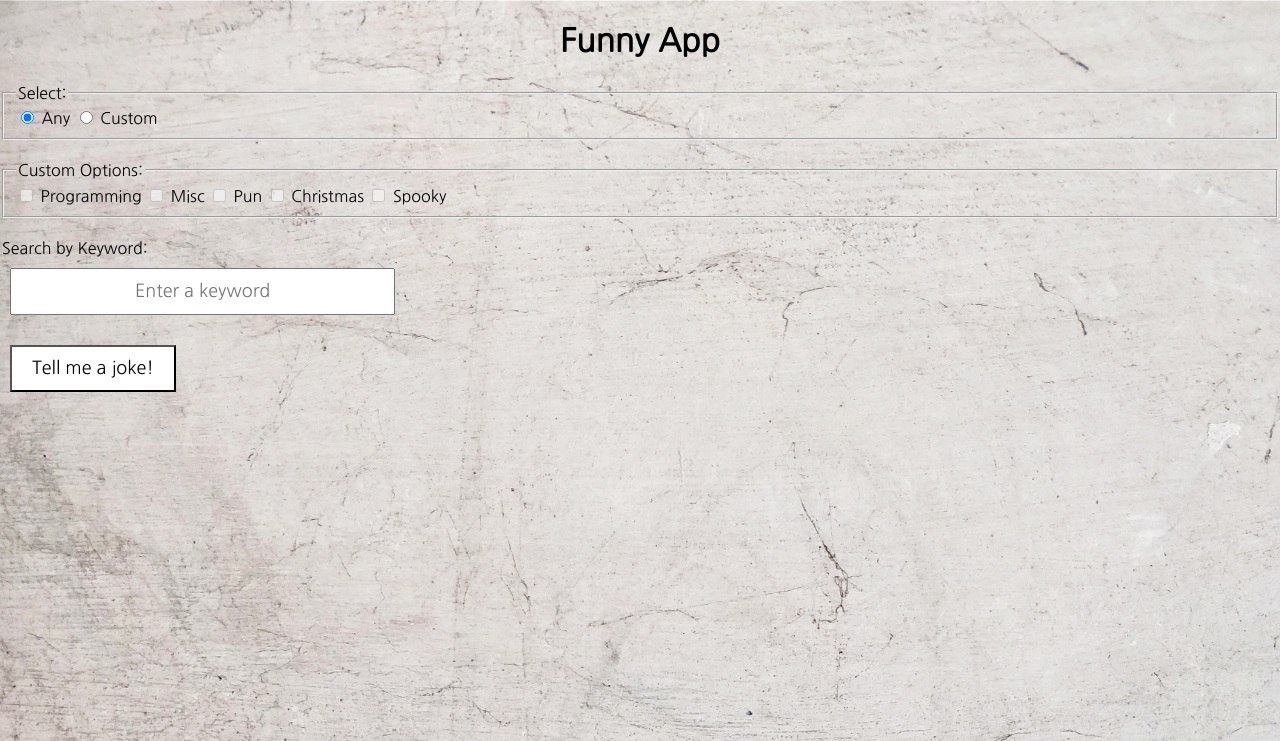
Repository: kaitlynMidori/dadJokeApi
Page: index.html
An editor plug-in stored every save of this project. The page is shown before and after the next save, followed by the edit.
The browser window is 1280 px wide. The pictures show the whole page.
Some web libraries are served in a nearby version.

Above is the page before, as saved 2021-01-08 12:12:10.

### index.html
<!DOCTYPE html>
<html lang="en">
<head>
    <meta charset="UTF-8">
    <meta name="viewport" content="width=device-width, initial-scale=1.0">
    <title>Joke App</title>
    <link href="style.css" rel="stylesheet" type="text/css" />
    <link rel="preconnect" href="https://fonts.gstatic.com">
    <link href="https://fonts.googleapis.com/css2?family=Nanum+Gothic&display=swap" rel="stylesheet">

</head>
<body>
    <div id="container">
        <header>
            <h1>Funny App</h1>
        </header>

        <fieldset>
            <legend>Select:</legend>
                <div id="form-check">
                    <input type="radio"  id="any" name="type" value="Any" checked>
                    <label for="any">Any</label>

                    <input type="radio"  id="custom" name="type" value="Custom">
                    <label for="custom">Custom</label>
                </div>
        </fieldset>

        <br>

        <fieldset id="options" disabled>
            <legend>Custom Options:</legend>
                <div id="form-check form-check-inline">
                    <input type="checkbox" id="coding" name="category" value="Programming">
                    <label for="coding">Programming</label>

                    <input type="checkbox" id="misc" name="category" value="Miscellaneous">
                    <label for="misc">Misc</label>

                    <input type="checkbox" id="pun" name="category" value="Pun">
                    <label for="pun">Pun</label>

                    <input type="checkbox" id="chris" name="category" value="Christmas">
                    <label for="chris">Christmas</label>

                    <!-- <input type="checkbox" id="dark" name="category" value="dark">
                    <label for="dark">Dark</label> -->

                    <input type="checkbox" id="spooky" name="category" value="spooky">
                    <label for="spooky">Spooky</label>
                </div>
        </fieldset>

        <br>

            <form>
                <legend>Search by Keyword:</legend>
                <input type="form-control" placeholder="Enter a keyword" id="keyword">
            </form>

            <br>

            <button type="submit" id="submit button">Tell me a joke!</button>
            <div id="result"></div>
    </div>

    <script src="https://code.jquery.com/jquery-3.2.1.min.js"
          integrity="sha256-hwg4gsxgFZhOsEEamdOYGBf13FyQuiTwlAQgxVSNgt4="
          crossorigin="anonymous"></script>
    <script src="app.js"></script>
</body>
</html>

### style.css
body{
    margin: 0;
    background: cover;
    background-size: cover;
    background-repeat: no-repeat;
    background-image: url("screenshots/white-teal backdrop.jpg");
    /* background-image: linear-gradient(120deg, #a1c4fd 0%, #c2e9fb 100%); */
    min-height: 100vh;
}

* {
    font-family: 'Nanum Gothic', sans-serif;
    color: black;
}

header {
    width: 100%;
    margin-top: 5px;
    justify-content: center;
}

h1 {
    text-align: center;
}

button{
    background-color: white;
    margin-top: 10px;
    margin-left: 10px;
    height: auto;
    font-size: 18px;
    font-weight: 500;
    text-align: center;
    color: black;
    cursor: pointer;
    margin-bottom: 0;
    /* border-radius: 3px; */
    padding: 10px 20px;
}

#keyword {
    margin-top: 10px;
    margin-left: 10px;
    height: auto;
    font-size: 18px;
    font-weight: 500;
    text-align: center;
    color: black;
    cursor: pointer;
    margin-bottom: 0;
    /* border-radius: 3px; */
    padding: 10px 20px;
}

.options{
    background-color: white;
}

### app.js
//declare 'option', 'custom', 'any' element id's
let option = document.getElementById("options");
let custom = document.getElementById("custom");
let any = document.getElementById("any");

//add event listener on click
//if 'any' option checked
//disable options
any.addEventListener("click", (e)=>{
    if(e.target.checked){
        option.disabled = true;
    }
});

//add event listener on click
//if 'custom' option checked
//enable options
custom.addEventListener("click", (e)=>{
    if(e.target.checked){
        option.disabled = false;
    }
});

//declare asyncrynous getJoke
const getJoke = async () => {
    //declare result  = HTML div 'result' element id
    let result = document.getElementById('result');
    //replace result element with empty string
    result.innerHTML = "";
    //declare checkboxes= filter category checkboxes for checked
    let checkboxes = [...document.getElementsByName('category')].filter((checkbox)=>checkbox.checked);
    //declare category as empty string
    let category = "";
    //if 'any' type is checked
    if(any.checked){
        //category = 'any'
        category = "Any";
    }
    //if 'custom' type is checked
    if(custom.checked){
        //category = map to join checked category values
        category = checkboxes.map((c)=>c.value).join();
    }
    //console.log user selected joke category
    console.log(category);
    //declare url = dynamically generate url inserting user selected category
    let url = `https://v2.jokeapi.dev/joke/${category}`;
    // declare keyword = HTML form div 'keyword' element id
    let keyword = document.getElementById("keyword").value;
    //if keyword does not equal empty; dynamically generate url with user keyword input
    if(keyword != ""){
        url = `https://v2.jokeapi.dev/joke/${category}?contains=${keyword}`;
    }
    console.log(url);
    const response = await fetch(url);
    const data = await response.json();
    console.log(data);

    //if JSON data response = API doc response 'single'
    if(data.type == "single"){
        //insert API doc 'joke' into response element
        result.innerHTML = `<h3>${data.joke}</h3>`;
    }
    //if JSON data response = API doc response 'twopart'
    if(data.type == "twopart"){
        //insert API doc 'setup' into response element
        result.innerHTML = `<h3>${data.setup}</h3>`;
        //display 'delivery' after 1 second
        setTimeout(()=>{
            //insert API doc 'delivery' into response element
            result.innerHTML += `<h3>${data.delivery}</h3>`;
        },1000);
    }
}

//declare submit = HTML button 'submit button'
let submit = document.getElementById('submit button');
//upon 'submit', add event listener for 'click and activate 'getJoke'
submit.addEventListener("click", getJoke);

After the next save:
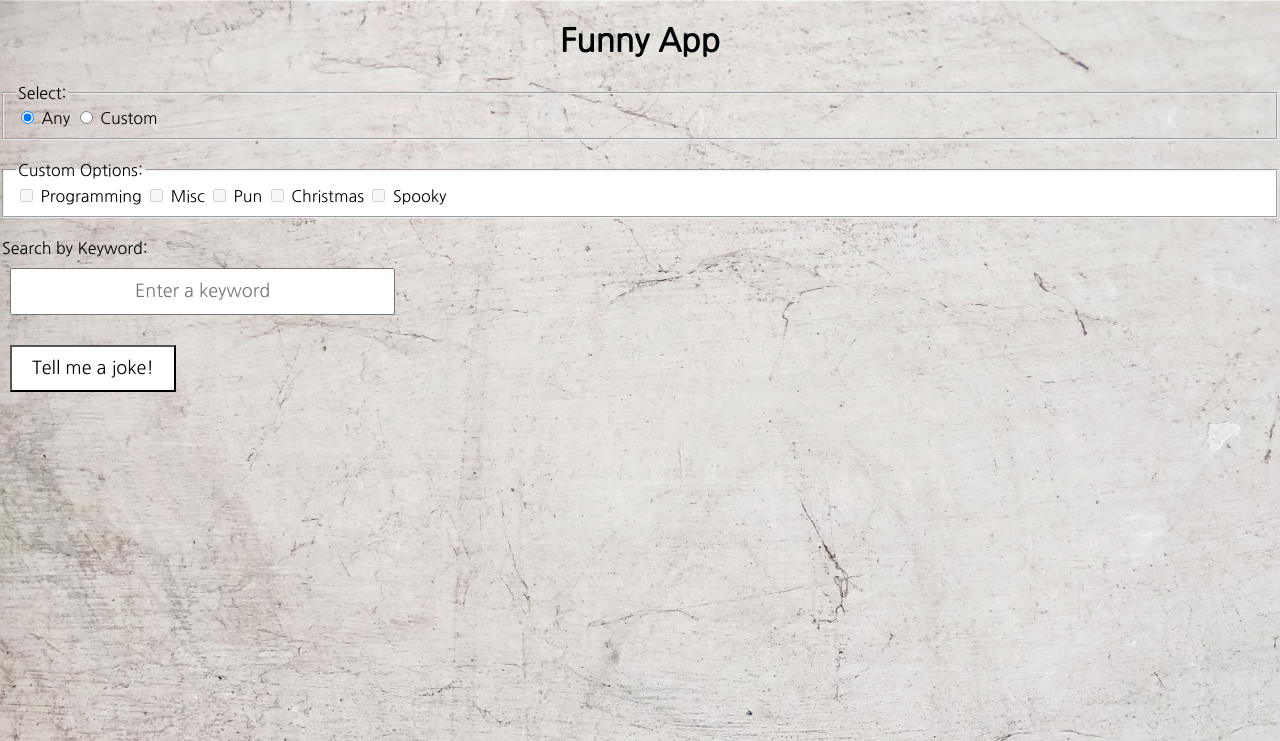
Saved 6 s later.
--- a/style.css
+++ b/style.css
@@ -52,6 +52,6 @@ button{
     padding: 10px 20px;
 }
 
-.options{
+#options{
     background-color: white;
 }
